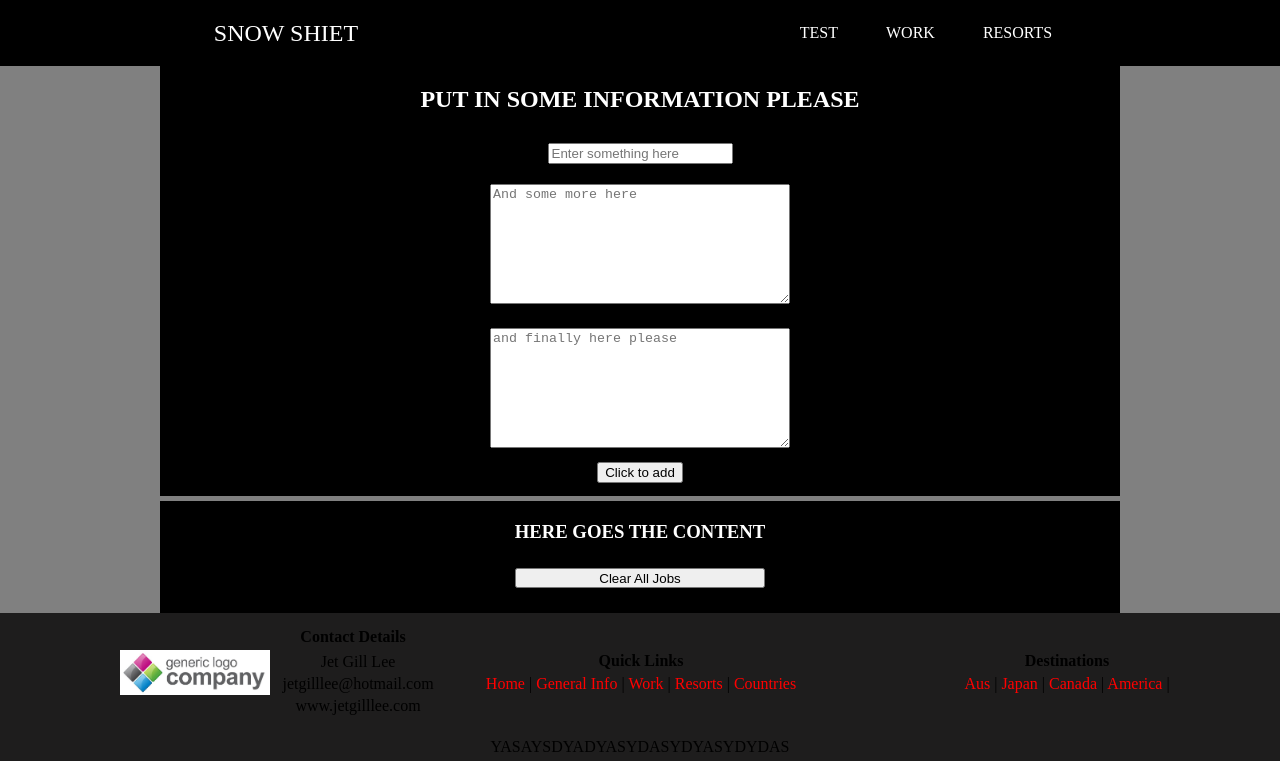
Repository: Jet-Gill-Lee/SnowSite
Page: submit-stuff.html
These files come from the project's save history. The page is drawn as it stood at one moment and after the next save; the edit follows.
The browser window is 1280 px wide. The pictures show the whole page.

Above is the page before, as saved 2021-07-24 23:29:09.

### submit-stuff.html
<!DOCTYPE html>
<html lang="en">
<head>
  <meta charset="UTF-8">
  <meta http-equiv="X-UA-Compatible" content="IE=edge">
  <meta name="viewport" content="width=device-width, initial-scale=1.0">
  <title>Document</title>
  <script src="submitScript.js" defer></script>
  <link rel="stylesheet" href="./css/submitStuff.css"></style>
  <link rel="stylesheet" href="./css/stylesheet.css">
</head>
<div class="navbar">
  <div class="brand-title"><a href='index.html'>SNOW SHIET</a></div>
    <a href='#' class='toggle-button'>
    <span class="bar"></span>
    <span class="bar"></span>
    <span class="bar"></span></a>
  <div class="navbar-links">
    <ul>
      <li><a href="submit-stuff.html">TEST</a></li>
      <li><a href="work-overview.html">WORK</a></li>
      <li><a href="resorts-overview.html">RESORTS</a></li>
    </ul>
  </div>
</div>

  <div class="form-container">
    <h2>PUT IN SOME INFORMATION PLEASE</h2>
    <div id='error'></div>
    <form id="addNewJob">
    <div class='form-box'>
      <!-- <label for="job-title"></label> -->
      <input type="text" id='job-title' placeholder="Enter something here">
    </div>
    <div class='form-box'>
      <!-- <label for="job-descrip"></label> -->
      <textarea id='job-descrip' placeholder="And some more here" style='width:300px;height:120px;'></textarea>
    </div>
    <div class='form-box'>
      <!-- <label for="job-benefits"></label> -->
      <textarea id='job-benefits' placeholder="and finally here please" style='width:300px;height:120px;'></textarea>
    </div>
    <div class="form-button">
      <button id='btn'>Click to add</button>
    </div>
    <div id="msg">
      <pre></pre>
    </div>
    </form>
    </div>
</div>
  <div class="section-header"><h3>HERE GOES THE CONTENT</h3></div>
  <div id="job-listings">
      <!-- JOB LISTING CONTENT GOES HERE -->
  </div>
  <div id='button-back'>
  <button id='btn2'>Clear All Jobs</button>
  </div>
  <div class="footer">
    <div class='footer-flex-container'>
      <div class="footer-flex-item contact">
        <img src="./image/generic-logo.jpg" alt="" srcset="" style='width:50%'>
        <div class="text-wrapper">
        <h4>Contact Details</h3>
        <p>Jet Gill Lee</p>
        <p>jetgilllee@hotmail.com
        </p>
        <p>www.jetgilllee.com</p>
        </div>
      </div>
      <div class="footer-flex-item flex-gen-links">
        <div class='link-wrapper'>
          <h4>Quick Links</h4>
        <a href="index.html">Home</a> <span> | </span>
        <a href="general-info.html">General Info</a><span> | </span>
        <a href="work-overview.html">Work</a><span> | </span>
        <a href="resorts-overview.html">Resorts</a><span> | </span>
        <a href="country-splash.html">Countries</a>
        </div>
      </div>
      <div class="footer-flex-item flex-links">
        <div class="link-wrapper">
            <h4>Destinations</h4>
          <a href="country.html">Aus</a> <span> | </span>
          <a href="country.html">Japan</a> <span> | </span>
          <a href="country.html">Canada</a> <span> | </span>
          <a href="country.html">America</a> <span> | </span>
        </div>
      </div>
    </div>
    <div class="copyright">YASAYSDYADYASYDASYDYASYDYDAS</div>
  </div>


</body>
</html>

### submitScript.js

let jobList = []
const addJob = (e) => {
  e.preventDefault()
  let newJob = {
    id: Date.now(),
    jobTitle: document.getElementById('job-title').value,
    jobDescrip: document.getElementById('job-descrip').value,
    jobBenefits: document.getElementById('job-benefits').value
  }
  if (newJob.jobTitle === '' || newJob.jobDescrip === '' || newJob.jobBenefits === ''){
    let error = document.getElementById('error');
    error.textContent = 'You must fill out all fields'
    return
  }
  document.querySelector('#addNewJob').reset();
  const jobInfo = newJob
  const { jobTitle, jobDescrip, jobBenefits } = jobInfo
  const newJobBox = document.createElement('div');
  newJobBox.classList.add('job-box')
  const jobBoxContent = `
                        <div class='job-box-column job-box-title'><h4>Title</h4><span>${jobTitle}</span></div>
                        <div class='job-box-column job-box-content'><h5>Header</h5><span>${jobDescrip}</span></div>
                        <div class='job-box-column job-box-content'><h5>Second Header</h5><span>${jobBenefits}</span></div>
                        `

  // const newContent = document.createTextNode(`Job Title: ${jobTitle} - Job Description: ${jobDescrip} - Job Benefits: ${jobBenefits}`)
  newJobBox.innerHTML = jobBoxContent
  const jobListings = document.getElementById('job-listings')
  jobListings.append(newJobBox)
  // newDiv.append(newContent);
  // const currentDiv = document.getElementById('job-listings')
  // currentDiv.append(newDiv)
  localStorage.setItem('JobList', jobListings.innerHTML)
  }
//   let pre = document.querySelector('.job-listings div');
//   pre.textContent = '\n' + JSON.stringify(jobList, '\t', 2);
// }

const clearJobs = (e) => {
  e.preventDefault();
  var jobList = document.getElementById('job-listings')
  while (jobList.firstChild){
    jobList.firstChild.remove()
  }
  localStorage.removeItem('JobList')
}
document.addEventListener('DOMContentLoaded', () => {
  document.getElementById('btn').addEventListener('click', addJob)
  document.getElementById('btn2').addEventListener('click', clearJobs)
});
//should it be done like this? not sure how it'll
document.body.onload = getSavedJobs;
function getSavedJobs() {
  const savedJobs = localStorage.getItem('JobList')
  if (!savedJobs){
    console.log('no local storage')
  } else {
    const jobList = document.getElementById('job-listings')
    jobList.innerHTML = savedJobs;
    console.log('get local storage')
  }
}

### css/submitStuff.css

* {
  box-sizing: border-box;
}
body {
  background-color: grey;
}
.form-container {
  width: 75%;
  min-width: 380px;
  min-height: 20vh;
  background-color: black;
  display: flex;
  flex-direction: column;
  justify-content: center;
  align-items: center;
  margin: auto;
  color: white;
  text-align: center;
}

#addNewJob {
  display:flex;
  flex-direction: column;
  align-items: center;
  justify-content: start;
}
#error {
  color: white;

}
.form-box {
  padding: 10px;
}
#btn {

  margin: auto;
}
#job-listings {
  display:flex;
  width:75%;
  min-width: 380px;
  background-color: black;
  color: white;
  margin:auto;
  justify-content: flex-start;
  flex-direction: column;
  text-align: center;
  min-width: 380px;

}
.job-box {
  display: flex;
  justify-content: space-around;
  margin-left: 30px;
  margin-right: 30px;
  margin-bottom: 30px;
  margin: none;
  flex-wrap: wrap;
}
.job-box-column {
  display:flex;
  flex-direction: column;
  align-items: center;
  border: 1px solid white;
  flex: 2;
  text-align: center;
  padding: 10px;
}
.job-box-title {
  flex: 1;
}
.job-box-title h4 {
  margin-top: 5%;
  margin-bottom: 5%;
}
.job-box-content{
  min-width: 300px;
}
.job-box-content h5 {
  margin-top: 4%;
}


#btn2 {
 width: 250px;
 height: 20px;
 display:block;
 margin:auto;
}
.section-header{
  width:75%;
  background-color: black;
  color: white;
  margin:auto;
  padding: 25px;
  text-align: center;
  padding-top: 20px;
  min-width: 380px;
  margin-top: 5px;

}
.section-header h3{
  padding-top: 0px;
  margin:0;
}
#button-back{
  width:75%;
  background-color: black;
  margin:auto;
  padding-bottom: 25px;
  min-width: 380px;

}

### css/stylesheet.css
body {
  margin:0;
  padding:0;
}
* {
  box-sizing: border-box;
}
.hero {
  background: url('../image/background-desktop.jpg');
  background-repeat: no-repeat;
  background-size: cover;
  background-position: 50% 0;
  height: 100vh;
}
.navbar {
  display: flex;
  background-color: rgba(0, 0, 0);
  justify-content: space-around;
  align-items: center;
  box-sizing: unset;
}
.brand-title {
  font-size: 1.5rem;
  height: 100%;
}
.brand-title a{
  color: white;
  text-decoration: none;
  padding: 10px;
  display:block;
}
.navbar-links {
  height: 100%;
  align-items: center;
  justify-content: space-around;
}
.navbar-links ul{
  display: flex;
  list-style: none;
  padding: 0;
}
.navbar-links li a {
  padding: 0.5rem 1.5rem;
  text-decoration: none;
  display:block;
  color:white;
}
.navbar-links ul li a:hover {
  background-color: rgba(255, 255, 255, 0.178);
}

.toggle-button {
  display: none;
  flex-direction: column;
  justify-content: space-between;
  width: 30px;
  height: 20px;
  position: absolute;
  top: 1rem;
  right: 1.5rem;
}
.toggle-button .bar {
  width: 100%;
  height: 3px;
  background-color: white;
  border-radius: 10px;
}
.hero-content {
  margin-left: 20%;
  padding-top: 12vh;
}
.hero-text {
  width:45%;
  font-size: 3rem;
  display:none;
}
.hero-text.active {
  display: block;
}
.footer-flex-container {
  display: flex;
  flex-wrap: wrap;
  justify-content: space-between;
  margin-left: 10%;
}
.footer {
  background-color: rgba(14, 13, 13, 0.863);
}
.footer-flex-item {
  min-width: 300px;
  width: 33.3%;
  display:flex;
  align-items: center;
  justify-content: center;
  min-height: 120px;
  text-align: center;
  flex: 10;
}
.footer-flex-item.contact {
  flex: 1;
}
.footer-flex-item a{
  text-decoration: none;
  color:red;
}
.footer-flex-item a:visited{
  text-decoration: none;
  color: red;
}
.footer-flex-item p {
  padding: 2px;
  margin-bottom: 0;
  margin-top: 0;
  margin-left: 10px;
}
.footer-flex-item h4 {
  margin-top: 0;
  margin-bottom: 5px;
}
.copyright {
  text-align: center;
  width: 100%;
  padding: 5px;

}

@media (max-width: 600px) {
  .hero {
    height: 70vh;
  }
  .navbar-links {
    display:none;
    width: 100%;
  }
  .toggle-button {
    display: flex;
  }
  .hero-content {
    padding-top: 6vh;
  }
  .hero-text {
    position: absolute;
    top: 100px;
    z-index: 1;
  }
  .brand-title {
    padding-left: 20px;
  }
  .navbar {
    flex-direction: column;
    align-items: flex-start;
  }
  .navbar-links ul {
    flex-direction: column;
    align-items: center;
    width: 100%;
  }
  .navbar-links ul li {
    width: 100%;
    text-align: center;
  }
  .navbar-links.active {
    display: flex;
    z-index: 10;
  }
}
@media (max-width: 400px) {
 .hero {
   height: 50vh;
 }
 .hero-content {
   margin: 20px;
 }
 .hero-text {
   padding-top: 10px;
   top: 50px;
   width: 80%;
   word-wrap: break-word;
 }
}

After the next save:
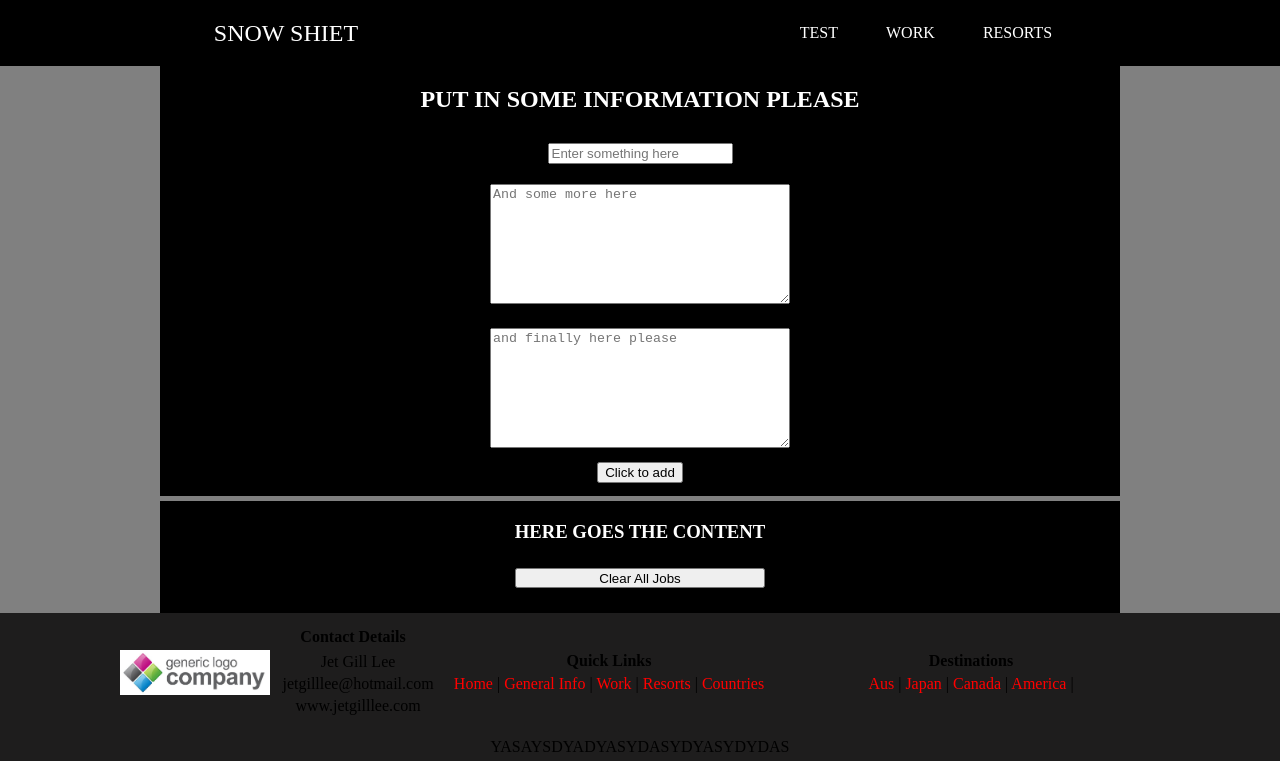
Saved 9 s later.
--- a/css/stylesheet.css
+++ b/css/stylesheet.css
@@ -82,6 +82,7 @@ body {
   flex-wrap: wrap;
   justify-content: space-between;
   margin-left: 10%;
+  margin-right: 10%;
 }
 .footer {
   background-color: rgba(14, 13, 13, 0.863);
